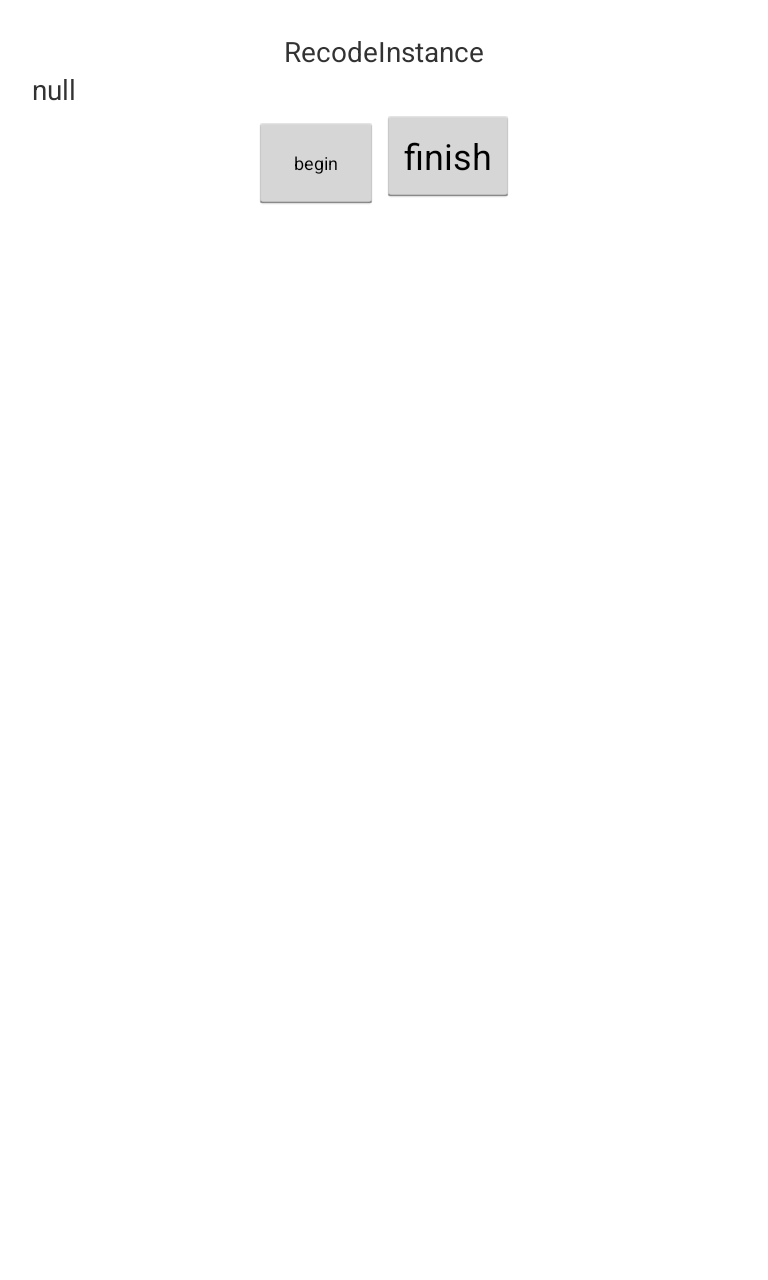
Repository: ShigerD/AndroidSample
Layout: Sample/Sample13/Sample13_5/Recode/res/layout/activity_main.xml
These files come from the project's save history. The layout is drawn as it stood at one moment and after the next save; the edit follows.
It is drawn on a 768 x 1280 px phone screen (xhdpi) without system bars, with theme AppTheme; the app's code is not run.

Above is the layout before, as saved 2016-08-18 08:00:16.

### Sample/Sample13/Sample13_5/Recode/res/layout/activity_main.xml
<RelativeLayout xmlns:android="http://schemas.android.com/apk/res/android"
    xmlns:tools="http://schemas.android.com/tools"
    android:layout_width="match_parent"
    android:layout_height="match_parent"
    android:paddingBottom="@dimen/activity_vertical_margin"
    android:paddingLeft="@dimen/activity_horizontal_margin"
    android:paddingRight="@dimen/activity_horizontal_margin"
    android:paddingTop="@dimen/activity_vertical_margin"
    tools:context="com.example.recode.MainActivity" >

    <LinearLayout
        android:layout_width="match_parent"
        android:layout_height="match_parent"
        android:layout_alignParentBottom="true"
        android:layout_centerHorizontal="true"
        android:orientation="vertical" >

        <TextView
            android:layout_width="wrap_content"
            android:layout_height="wrap_content"
            android:layout_gravity="center_horizontal"
            android:text="@string/title" />

        <TextView
            android:id="@+id/textView1"
            android:layout_width="wrap_content"
            android:layout_height="wrap_content"
            android:text="@string/state" />

        <LinearLayout
            android:layout_width="match_parent"
            android:layout_height="match_parent"
            android:gravity="center_horizontal" >

            <Button
                android:id="@+id/start"
                android:layout_width="wrap_content"
                android:textSize="18px"
                android:layout_height="wrap_content"
                android:text="@string/start" />

            <Button
                android:id="@+id/stop"
                android:layout_width="wrap_content"
                android:layout_height="wrap_content"
                android:text="@string/stop" />

        </LinearLayout>

    </LinearLayout>

</RelativeLayout>

### Sample/Sample13/Sample13_5/Recode/res/values/strings.xml
<?xml version="1.0" encoding="utf-8"?>
<resources>

    <string name="app_name">Recode</string>
    <string name="hello_world">Hello world!</string>
    <string name="action_settings">Settings</string>
    <string name="title">RecodeInstance</string>
    <string name="start">begin</string>
    <string name="stop">finish</string>
    <string name="state">null</string>

</resources>

Loaded but not shown: Sample/Sample13/Sample13_5/Recode/res/values/styles.xml (common file); Sample/Sample13/Sample13_5/Recode/res/values-v11/styles.xml (common file); Sample/Sample13/Sample13_5/Recode/res/values-v14/styles.xml (common file); Sample/Sample13/Sample13_5/Recode/res/values/dimens.xml (common file); Sample/Sample13/Sample13_5/Recode/res/values-w820dp/dimens.xml (common file)

After the next save:
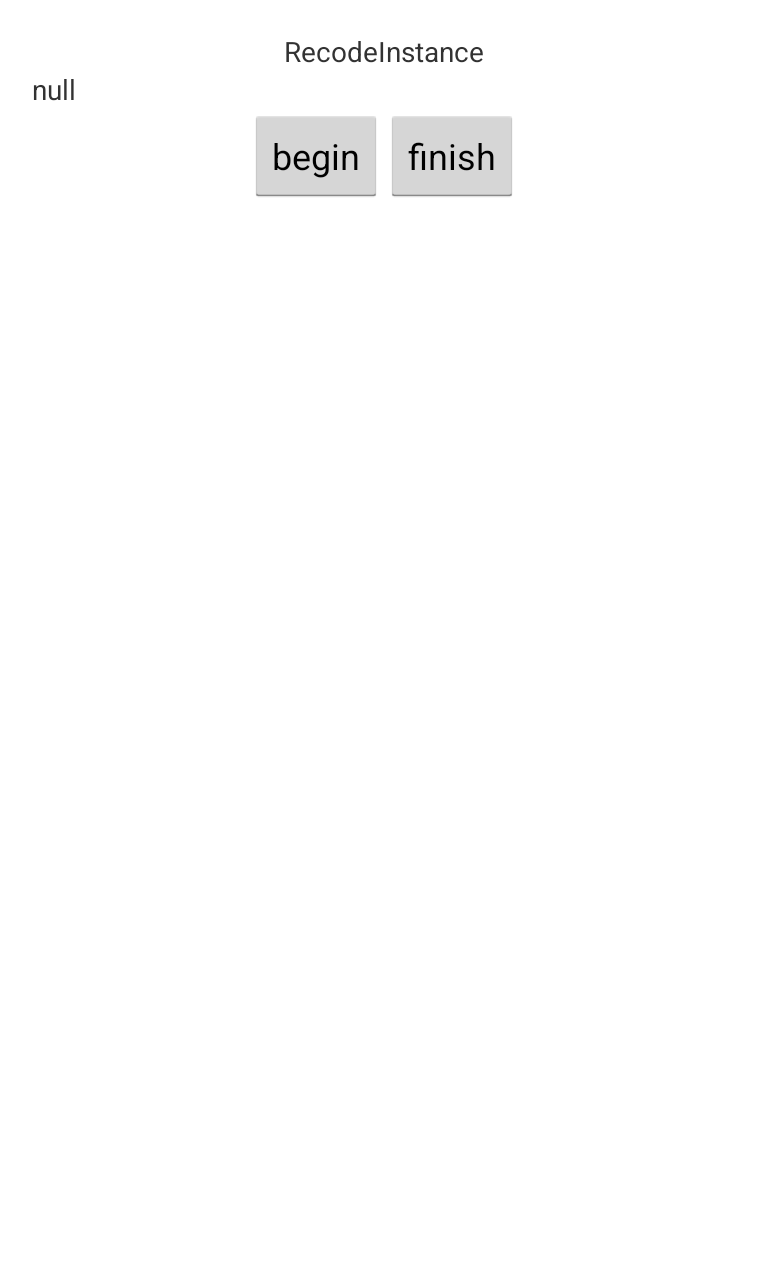
Saved 6 s later.
--- a/Sample/Sample13/Sample13_5/Recode/res/layout/activity_main.xml
+++ b/Sample/Sample13/Sample13_5/Recode/res/layout/activity_main.xml
@@ -35,7 +35,6 @@
             <Button
                 android:id="@+id/start"
                 android:layout_width="wrap_content"
-                android:textSize="18px"
                 android:layout_height="wrap_content"
                 android:text="@string/start" />
 
